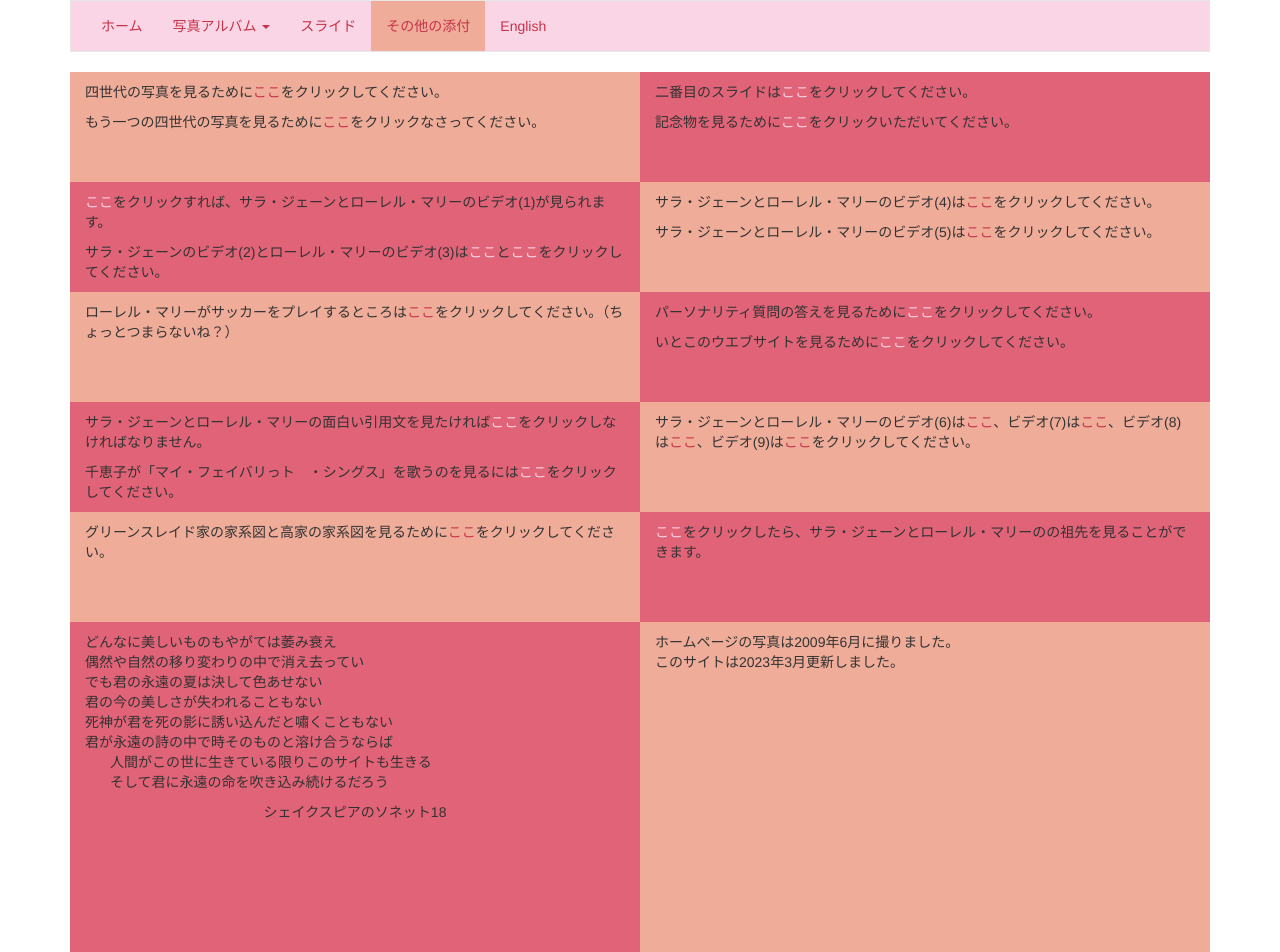
Repository: George2916/Sarah-Jane-and-Laurel-Marie
Page: misc-jap.html
The author's editor kept a record of every edit. The page is drawn from the files as they stood at one moment, then again after the next edit.
The browser window is 1280 px wide. The pictures show the whole page.

Above is the page before.
Console error: TypeError: Cannot read properties of null (reading 'style')

### misc-jap.html
<!DOCTYPE html>
<html>
<head>

    <meta charset="utf-8">
    <meta http-equiv="X-UA-Compatible" content="IE-edge">
    <meta name="viewport" content="width=device-width, initial-scale=1">
    <!--[if lt IE 9]
<script src="https://oss.maxcdn.com/html5shiv/3.7.2/html5shiv.min.js"></script>
<script src="https://oss.maxcdn.com/respond/1.4.2/respond.min.js"></script>
<![endif]-->

  <title>Miscellaneous - Japanese</title>

    <link rel="stylesheet" type="text/css" href="css/bootstrap.css">
    <link rel="stylesheet" type="text/css" href="css/mystyle.css">
    <link href="https://fonts.googleapis.com/css?family=Permanent+Marker" rel="stylesheet">


</head>

<body>

<div class="container">

    <!--collapsing navbar-->

    <nav class="navbar navbar-default">

    <div class="navbar-header">
        <button type="button" class="navbar-toggle" data-toggle="collapse" data-target="#myNavbar"><span class="glyphicon glyphicon-menu-hamburger"></span></button>
    </div>

    <div class="collapse navbar-collapse" id="myNavbar">
        <ul class="nav navbar-nav">
            <li class="DDDD"><a class="home" href="home-jap.html">ホーム</a></li>
            <li class="dropdown DDDD"><a class="active dropdown-toggle gallery-0" data-toggle="dropdown" href="#">写真アルバム <span class="caret"></span></a>
                <ul class="dropdown-menu">
                    <li><a class="gallery-1" href="gallery1-jap.html">写真アルバム 　-　2001年1月　/　2004年2月</a></li>
                    <li><a class="gallery-2" href="gallery2-jap.html">写真アルバム 　-　2004年2月　/　2006年12月</a></li>
                    <li><a class="gallery3" href="gallery3-jap.html">写真アルバム 　-　2007年6月　/　2008年11月</a></li>
                    <li><a class="gallery4" href="gallery4-jap.html">写真アルバム 　-　2008年11月　/　2009年9月</a></li>
                </ul>
            </li>
            <li class="DDDD"><a class="slideshow" href="slideshow-jap.html">スライド</a></li>
            <li class="active non-drop DDDD"><a class="misc" href="misc-jap.html">その他の添付</a></li>
            <li class="DDDD"><a href="misc.html">English</a></li>
        </ul>
    </div>

    </nav>

    <div>

        <div class="row  noPad">

            <div class="col-sm-6 color1 box1">
                <p>四世代の写真を見るために<a class="misc-link-1 AAA" href="familytreeT.html">ここ</a>をクリックしてください。</p>
                <p>もう一つの四世代の写真を見るために<a class="misc-link-1 AAA" href="familytreeM.html">ここ</a>をクリックなさってください。</p>
            </div>


            <div class="col-sm-6 color2 box2">
                <p>二番目のスライドは<a class="misc-link-2 AAA" href="slideshow2-jap.html">ここ</a>をクリックしてください。</p>
                <p>記念物を見るために<a class="misc-link-2 AAA" href="flippablePhotos.html">ここ</a>をクリックいただいてください。</p>
            </div>


        </div><!--closes .row-->

        <div class="row  noPad">

            <div class="col-sm-6 color2 box3">
                <p><a class="misc-link-3 AAA" href="https://www.youtube.com/watch?v=NwOyJzJh9Wc">ここ</a>をクリックすれば、サラ<span >・</span>ジェーンとローレル<span >・</span>マリーのビデオ(1)が見られます。</p>
                <p>サラ<span >・</span>ジェーンのビデオ(2)とローレル<span>・</span>マリーのビデオ(3)は<a class="misc-link-3 AAA" href="https://www.youtube.com/watch?v=lUZmNCm3aWA" target="_blank">ここ</a>と<a class="misc-link-3 AAA" href="https://www.youtube.com/watch?v=WP3CQZRvERk">ここ</a>をクリックしてください。</p>

            </div>



            <div class="col-sm-6 color1 box4">
                <p>サラ<span >・</span>ジェーンとローレル<span >・</span>マリーのビデオ(4)は<a class="misc-link-4 AAA" href="https://www.youtube.com/watch?v=_l0FIXjZr1M" target="_blank">ここ</a>をクリックしてください。</p>
                <p>サラ<span >・</span>ジェーンとローレル<span >・</span>マリーのビデオ(5)は<a class="misc-link-4 AAA" href="https://www.youtube.com/watch?v=VaALOcjoOfE" target="_blank">ここ</a>をクリックしてください。</p>
            </div>

        </div><!--closes .row-->

        <div class="row  noPad">

            <div class="col-sm-6 color1 box5">
                <p>ローレル<span >・</span>マリーがサッカーをプレイするところは<a class="misc-link-5 AAA" href="https://www.youtube.com/watch?v=pcceURS1TcA">ここ</a>をクリックしてください。（ちょっとつまらないね？）</p>

            </div>



            <div class="col-sm-6 color2 box6">
                <p>パーソナリティ質問の答えを見るために<a class="misc-link-6 AAA" href="questionnaire-jap.html">ここ</a>をクリックしてください。</p>
                <p>いとこのウエブサイトを見るために<a class="misc-link-6 AAA" href="https://george2916.github.io">ここ</a>をクリックしてください。</p>
            </div>



        </div><!--closes .row-->

        <div class="row  noPad">

            <div class="col-sm-6 color2 box7">
                <p>サラ<span >・</span>ジェーンとローレル<span >・</span>マリーの面白い引用文を見たければ<a class="misc-link-3 AAA" href="quotes.html">ここ</a>をクリックしなければなりません。</p>
                <p>千恵子が「マイ<span >・</span>フェイバリっト　<span >・</span>シングス」を歌うのを見るには<a class="misc-link-3 AAA" href="https://youtu.be/F1NmzCG4n8A">ここ</a>をクリックしてください。</p>
            </div>


            <div class="col-sm-6 color1 box8">
                <p>サラ<span >・</span>ジェーンとローレル<span >・</span>マリーのビデオ(6)は<a class="misc-link-4 AAA" href="https://youtu.be/i4otdVIbA44">ここ</a>、ビデオ(7)は<a class="misc-link-4 AAA" href="https://youtu.be/OAZ1_f3dj48">ここ</a>、ビデオ(8)は<a class="misc-link-4 AAA" href="https://youtu.be/zzMhVbymAOA">ここ</a>、ビデオ(9)は<a class="misc-link-4 AAA" href="https://youtu.be/t_HujAmd91A">ここ</a>をクリックしてください。
            </div>


        </div><!--closes .row-->

        <div class="row  noPad">

            <div class="col-sm-6 color2 box9">
                <p>グリーンスレイド家の家系図と高家の家系図を見るために<a class="misc-link-9 AAA" href="https://george2916.github.io/GreensladeFamilyTree">ここ</a>をクリックしてください。</p>

            </div>


            <div class="col-sm-6 color1 box10">
                <p><a class="misc-link-10 AAA" href="ancestors.html">ここ</a>をクリックしたら、サラ<span >・</span>ジェーンとローレル<span >・</span>マリーのの祖先を見ることができます。
            </div>


        </div><!--closes .row-->

        <div class="row noPad">

            <div class="col-sm-6 color1 box11">
                <p>どんなに美しいものもやがては萎み衰え<br>偶然や自然の移り変わりの中で消え去ってい<br>でも君の永遠の夏は決して色あせない<br>君の今の美しさが失われることもない<br>死神が君を死の影に誘い込んだと嘯くこともない<br>君が永遠の詩の中で時そのものと溶け合うならば<br><span class="last2lines">人間がこの世に生きている限りこのサイトも生きる</span><br><span class="last2lines">そして君に永遠の命を吹き込み続けるだろう</span></p><p style="text-align: center">シェイクスピアのソネット18</p>
            </div>



            <div class="col-sm-6 color2 box12">
                <p>ホームページの写真は2009年6月に撮りました。<br>このサイトは2023年3月更新しました。</p>
            </div>

        </div><!--closes .row-->



    </div>

</div><!-closes .container-->

<script src="js/jquery-3.2.0.js"></script>
<script src="js/bootstrap.js"></script>
<script src="js/myjquery.js"></script>

</body>
</html>

Loaded but not shown: css/bootstrap.css (library); js/jquery-3.2.0.js (library); js/bootstrap.js (library); js/myjquery.js (library); css/mystyle.css (1000 lines, source omitted)

After the next edit:
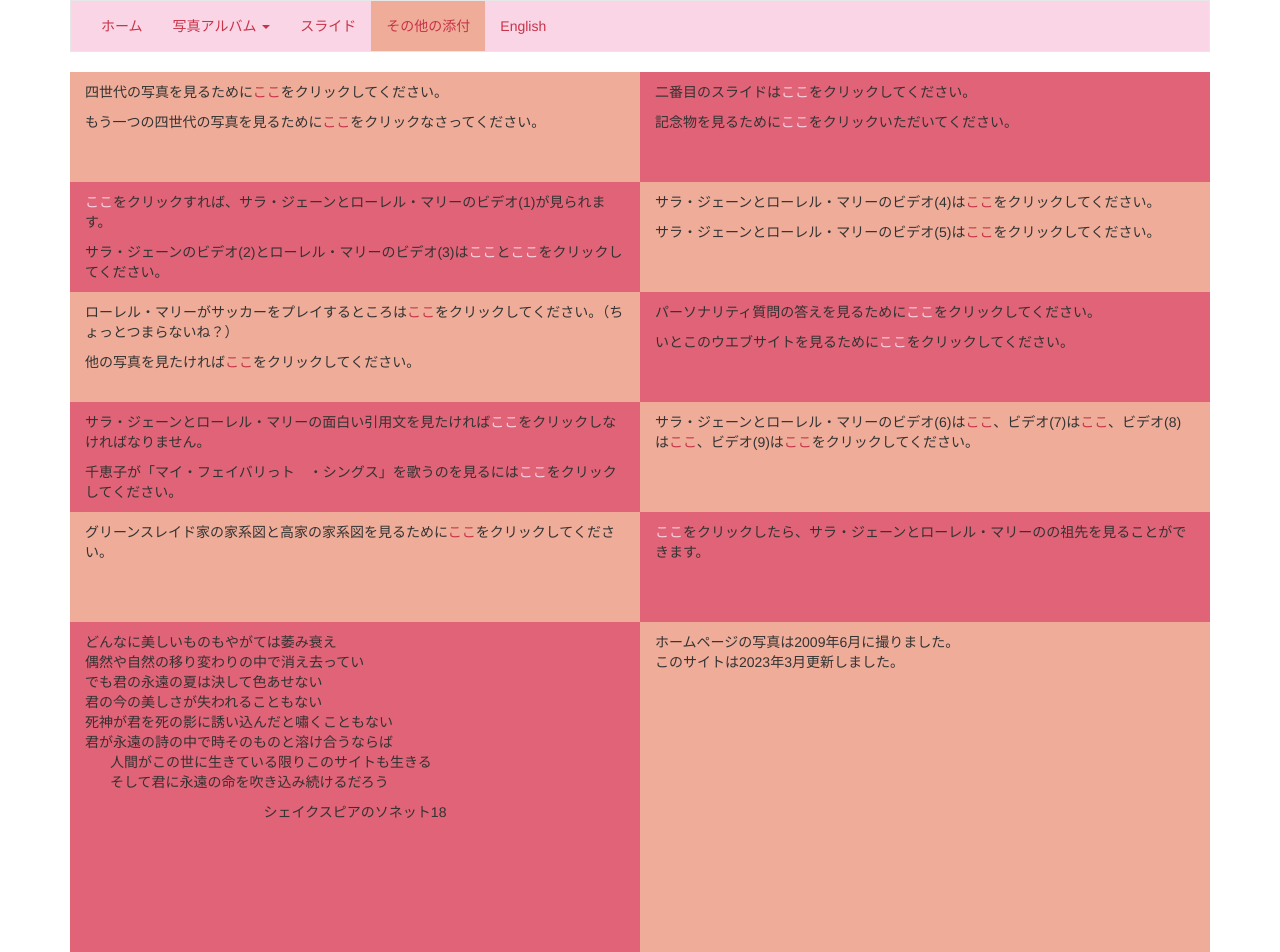
The edit:
--- a/misc-jap.html
+++ b/misc-jap.html
@@ -89,6 +89,7 @@
 
             <div class="col-sm-6 color1 box5">
                 <p>ローレル<span >・</span>マリーがサッカーをプレイするところは<a class="misc-link-5 AAA" href="https://www.youtube.com/watch?v=pcceURS1TcA">ここ</a>をクリックしてください。（ちょっとつまらないね？）</p>
+                <p>他の写真を見たければ<a class="misc-link-5 AAA" href="miscPhotos.html">ここ</a>をクリックしてください。</p>
 
             </div>
 
